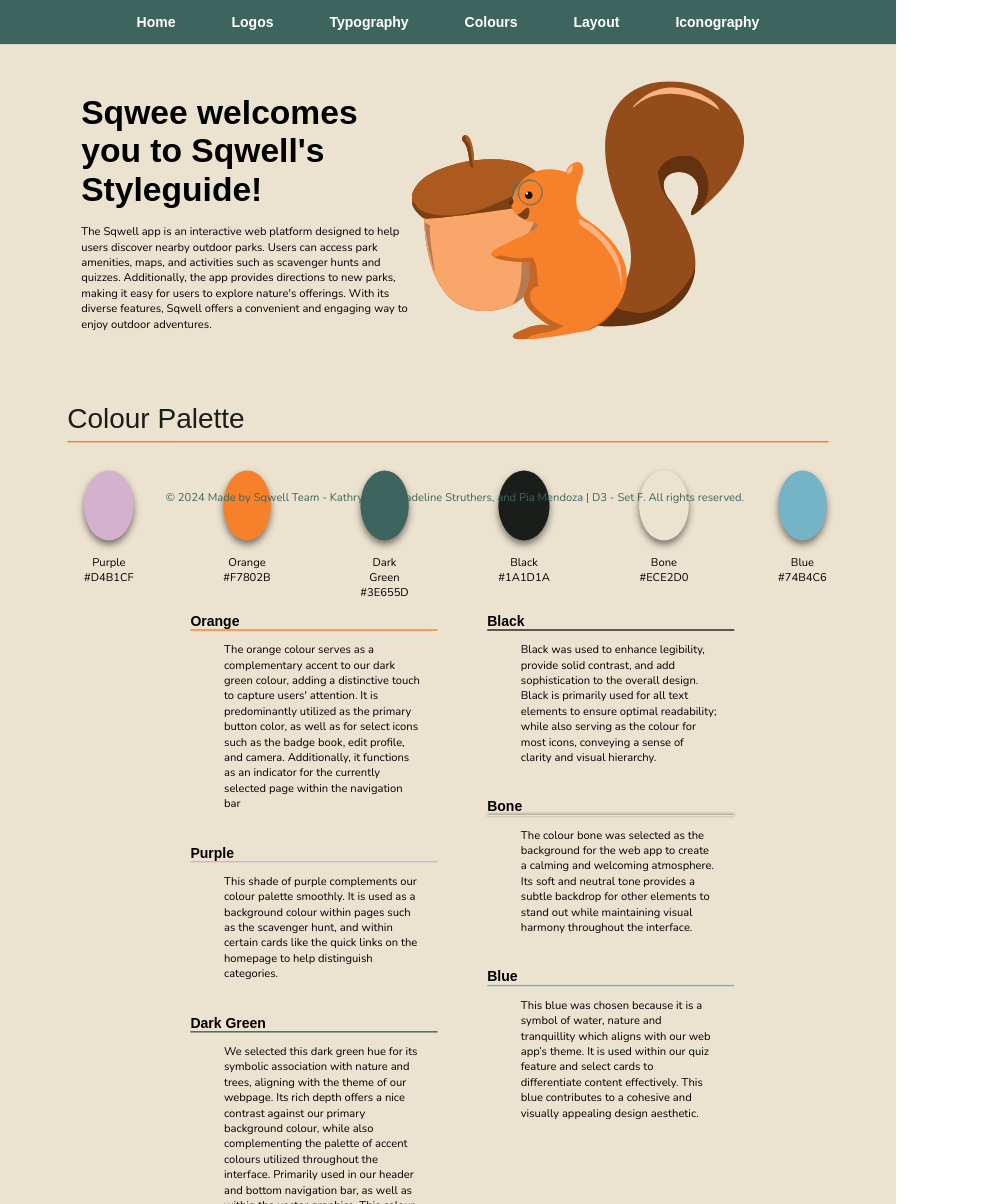
Repository: lpcmendoza/sqwell_styleguide
Page: /
An editor plug-in stored every save of this project. The page is shown before and after the next save, followed by the edit.
The browser window is 1280 px wide. The page is 1419 px wide, so the pictures cover 1419 px, including what lies to the right of the window. The pictures show the part of the page from y = 0 to 1720 px (the page is 6365 px tall before and 5950 px after), at 70% of full size.
Some web fonts or font styles are not loaded; a fallback is used. The project was rebuilt for these pictures with package versions that can differ from the ones it lists, and the page was loaded fresh each time. The framework's server and built-in components were replaced by stand-ins that run in the browser. Also part of the build but not shown: next.config.mjs.

Above is the page before, as saved 2024-04-08 11:31:51.

After the next save:
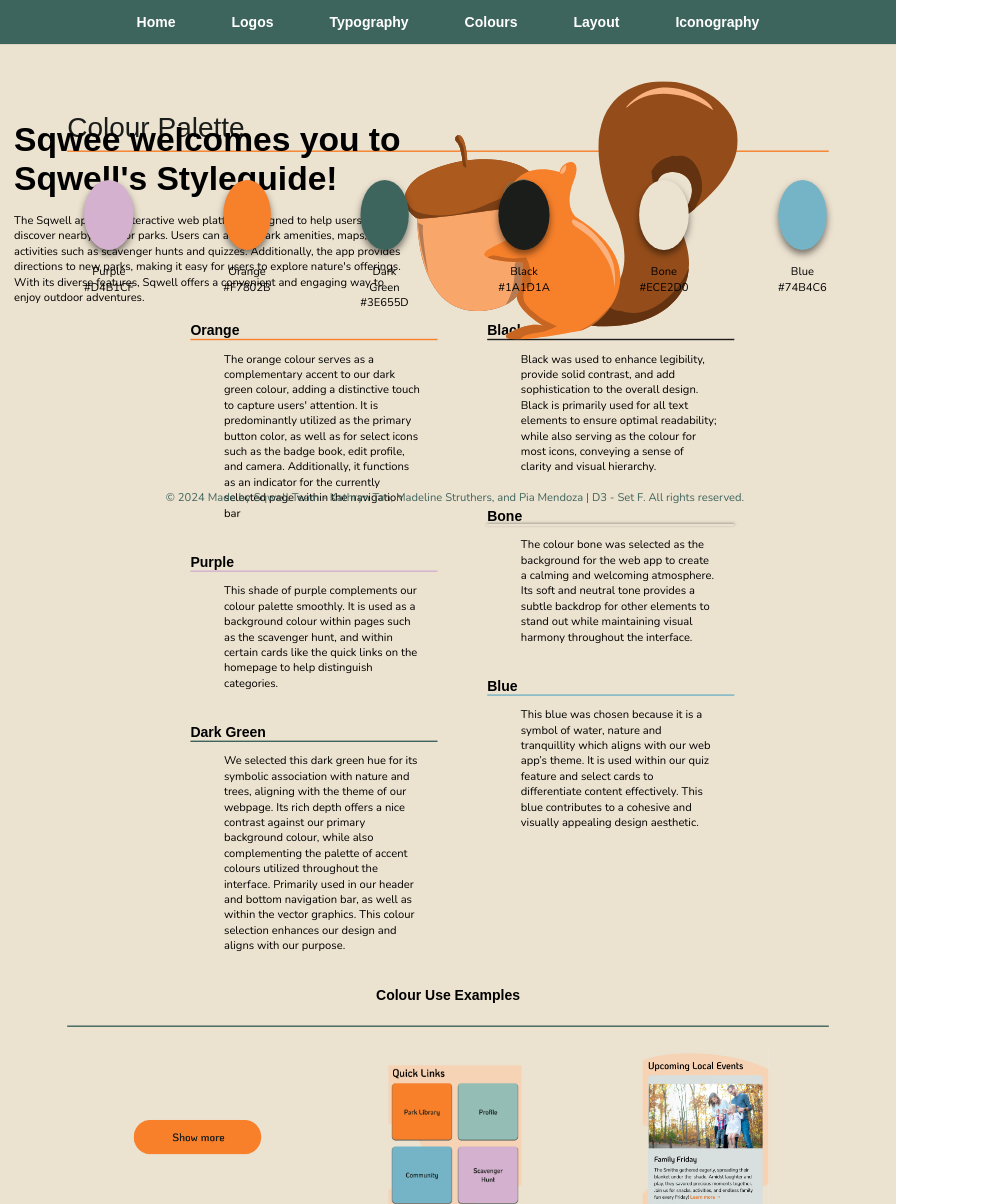
Saved 4 min 30 s later.
--- a/components/Header/Header.module.css
+++ b/components/Header/Header.module.css
@@ -2,6 +2,8 @@
     display: flex;
     flex-direction: row;
     padding: 20px;
+    position: absolute;
+    align-self: center;
 }
 
 .headerBlurb {

After the save that followed:
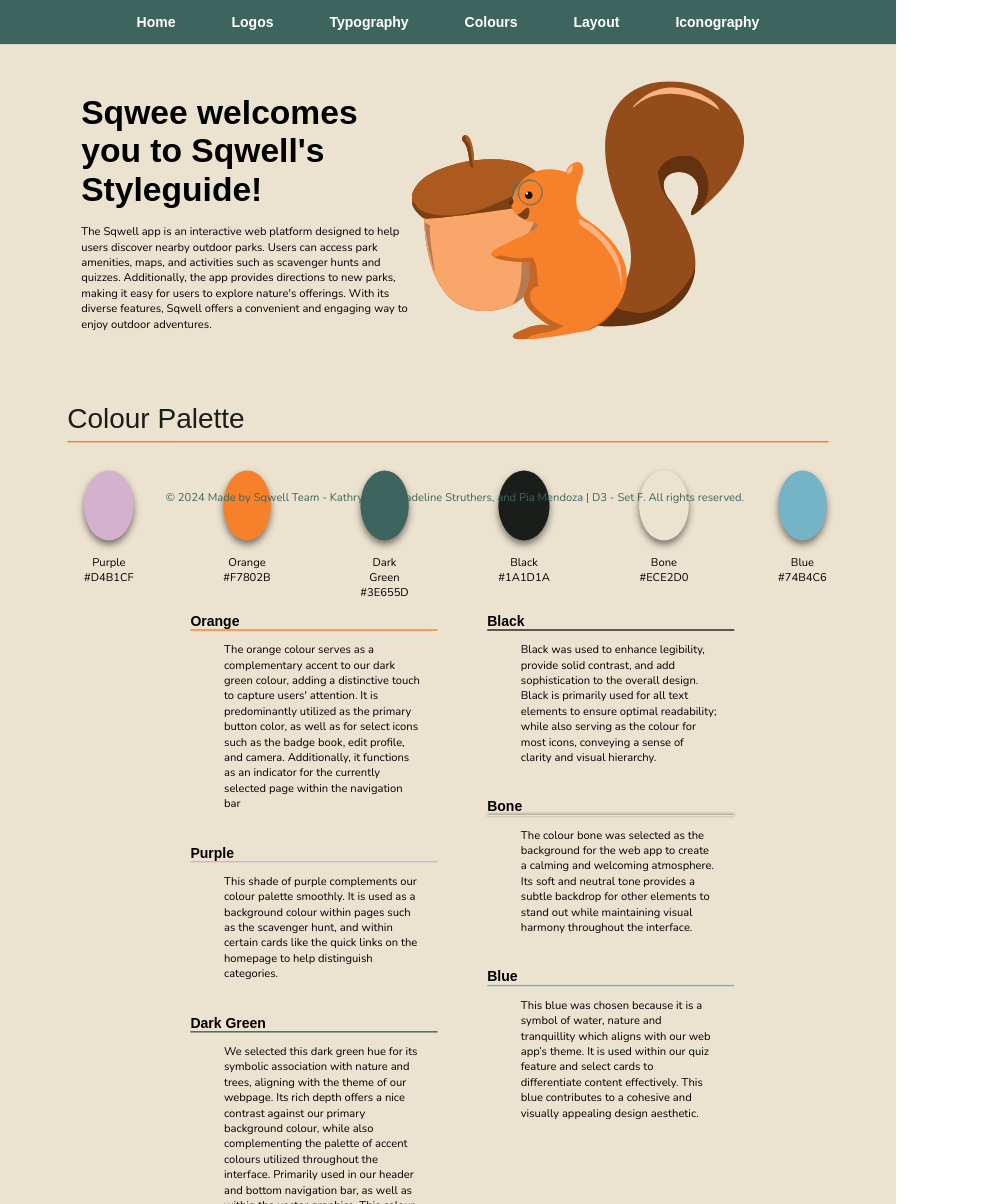
Saved 17 s later.
--- a/components/Header/Header.module.css
+++ b/components/Header/Header.module.css
@@ -2,7 +2,7 @@
     display: flex;
     flex-direction: row;
     padding: 20px;
-    position: absolute;
+    position: relative;
     align-self: center;
 }
 
